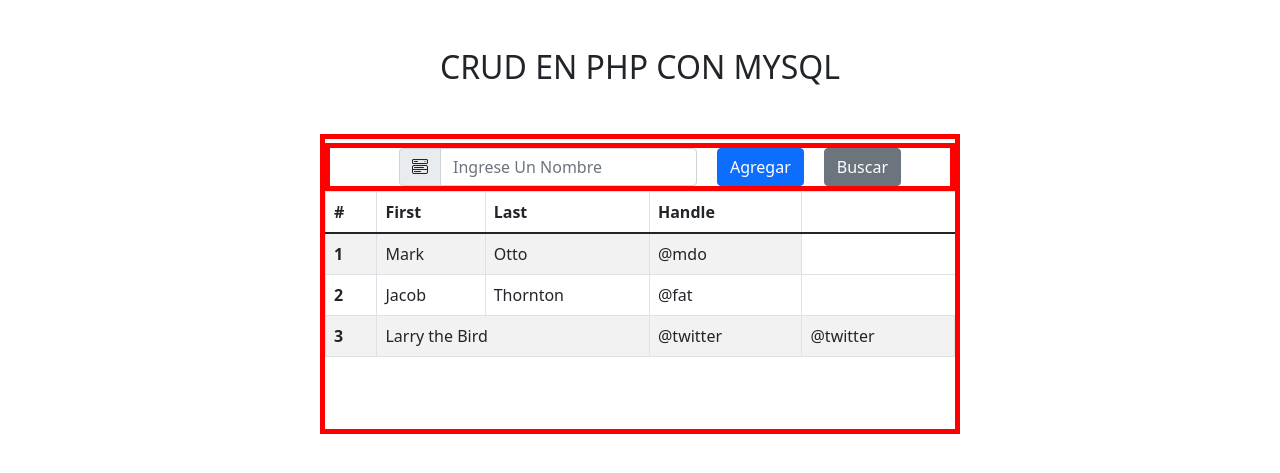
Repository: nder1996/CRUD_SENCILLO
Page: http://localhost/
The author's editor kept a copy of each file at every save. The page is drawn from the files as they stood at one save, then again after the next save.
The browser window is 1280 px wide. The pictures show the whole page.
The page is run by PHP 8.4 with error messages shown; the project is at /var/www/html/.

Above is the page before, as saved 2021-10-04 20:09:15.

### CRUD - SILENCIADO/index.php
<!DOCTYPE html>
<html lang="en">
<head>
    <meta charset="UTF-8">
    <meta http-equiv="X-UA-Compatible" content="IE=edge">
    <meta name="viewport" content="width=device-width, initial-scale=1.0">
    <title>CRUD PHP</title>
    <link href="https://cdn.jsdelivr.net/npm/bootstrap@5.1.1/dist/css/bootstrap.min.css" rel="stylesheet" integrity="sha384-F3w7mX95PdgyTmZZMECAngseQB83DfGTowi0iMjiWaeVhAn4FJkqJByhZMI3AhiU" crossorigin="anonymous">
    <link rel="stylesheet" href="css/estilos.css">
    <link rel="stylesheet" href="https://cdnjs.cloudflare.com/ajax/libs/bootstrap-icons/1.5.0/font/bootstrap-icons.min.css" integrity="sha512-xnP2tOaCJnzp2d2IqKFcxuOiVCbuessxM6wuiolT9eeEJCyy0Vhcwa4zQvdrZNVqlqaxXhHqsSV1Ww7T2jSCUQ==" crossorigin="anonymous" referrerpolicy="no-referrer" />
</head>
<body>
    <h2 class="text-center mt-5">CRUD EN PHP CON MYSQL</h2>
    <div class="contenedor mt-5">
            <div class="input_button mt-1 d-flex justify-content-center">
                <section class="">
                    <label class="visually-hidden" for="inlineFormInputGroupUsername">Username</label>
                    <div class="input-group">
                      <div class="input-group-text"><i class="bi bi-menu-button-wide"></i></div>
                      <input type="text" class="form-control" id="inlineFormInputGroupUsername" placeholder="Ingrese Un Nombre">
                    </div>
                </section>
                <section>
                    <button type="button" class="btn btn-primary">Agregar</button>
                </section>
                <section>
                    <button type="button" class="btn btn-secondary">Buscar</button>
                </section>
            </div>
            <table class="table table-bordered table-striped">
                <thead>
                    <tr>
                      <th scope="col">#</th>
                      <th scope="col">First</th>
                      <th scope="col">Last</th>
                      <th scope="col">Handle</th>
                    </tr>
                  </thead>
                  <tbody>
                    <tr>
                      <th scope="row">1</th>
                      <td>Mark</td>
                      <td>Otto</td>
                      <td>@mdo</td>
                    </tr>
                    <tr>
                      <th scope="row">2</th>
                      <td>Jacob</td>
                      <td>Thornton</td>
                      <td>@fat</td>
                    </tr>
                    <tr>
                      <th scope="row">3</th>
                      <td colspan="2">Larry the Bird</td>
                      <td>@twitter</td>
                      <td>@twitter</td>
                    </tr>
                  </tbody>
              </table>
    </div>
    <script src="https://cdn.jsdelivr.net/npm/bootstrap@5.1.1/dist/js/bootstrap.bundle.min.js" integrity="sha384-/bQdsTh/da6pkI1MST/rWKFNjaCP5gBSY4sEBT38Q/9RBh9AH40zEOg7Hlq2THRZ" crossorigin="anonymous"></script>
</body>
</html>

### CRUD - SILENCIADO/css/estilos.css
.contenedor{
    border:5px solid red;
    width: 50%;
    height: 300px;
    margin: auto;
}

.input_button{
    border:5px solid red;
}

.input_button section{
    margin-left: 20px;
}

After the next save:
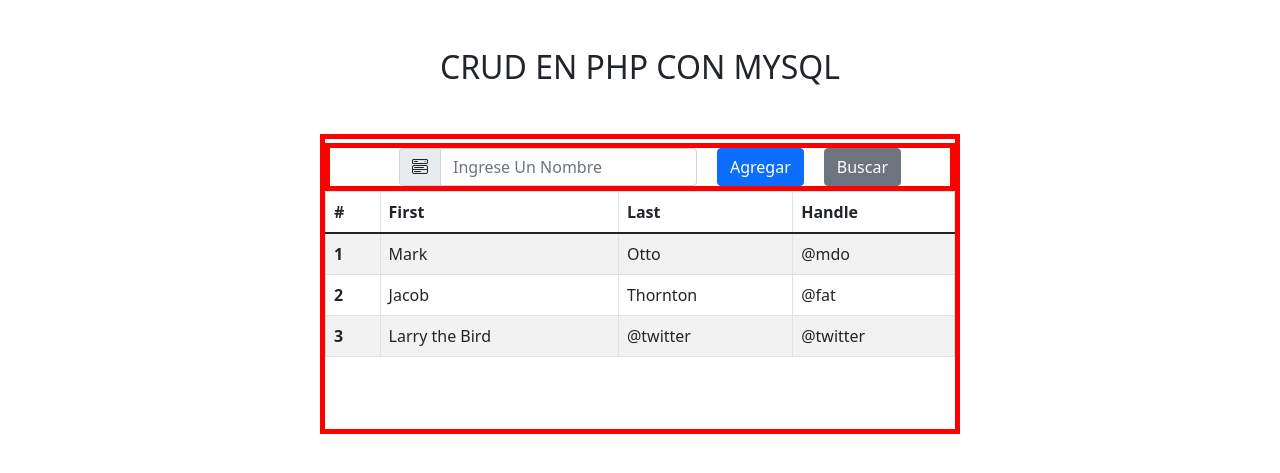
Saved 4 s later.
--- a/CRUD - SILENCIADO/index.php
+++ b/CRUD - SILENCIADO/index.php
@@ -51,7 +51,7 @@
                     </tr>
                     <tr>
                       <th scope="row">3</th>
-                      <td colspan="2">Larry the Bird</td>
+                      <td >Larry the Bird</td>
                       <td>@twitter</td>
                       <td>@twitter</td>
                     </tr>
